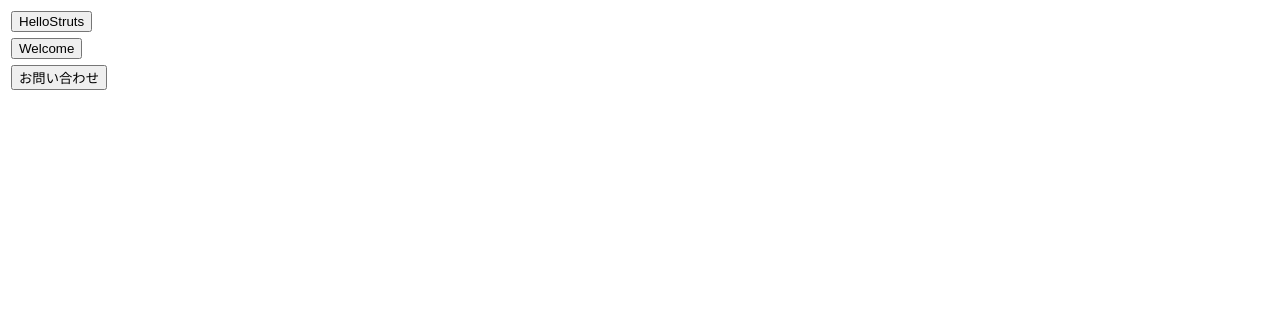
Repository: kf3225/backup
Page: http://localhost/WebProj3/
The author's editor kept a copy of each file at every save. The page is drawn from the files as they stood at one save, then again after the next save.
The browser window is 1280 px wide. The pictures show the whole page.
The page is served by Tomcat 9.

Above is the page before, as saved 2018-01-17 02:20:08.

After the next save:
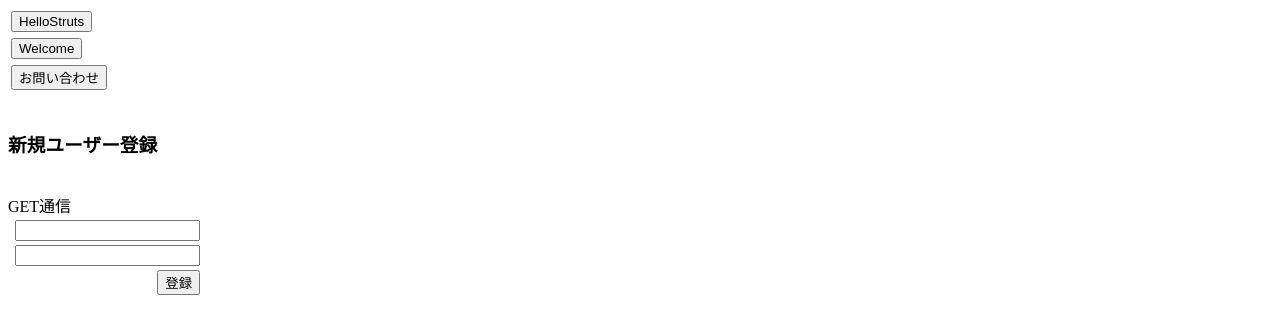
Saved 4 min 38 s later.
--- a/WebProj3/WebContent/index.jsp
+++ b/WebProj3/WebContent/index.jsp
@@ -19,5 +19,14 @@
 		<s:form action="InquiryAction">
 			<s:submit value="お問い合わせ"/>
 		</s:form>
+
+		<br>
+		<h3>新規ユーザー登録</h3>
+		<br>GET通信<br>
+		<s:form method="get" action="TestAction">
+			<s:textfield name="username"/>
+			<s:password name="password"/>
+			<s:submit value="登録"/>
+		</s:form>
 	</body>
 </html>
